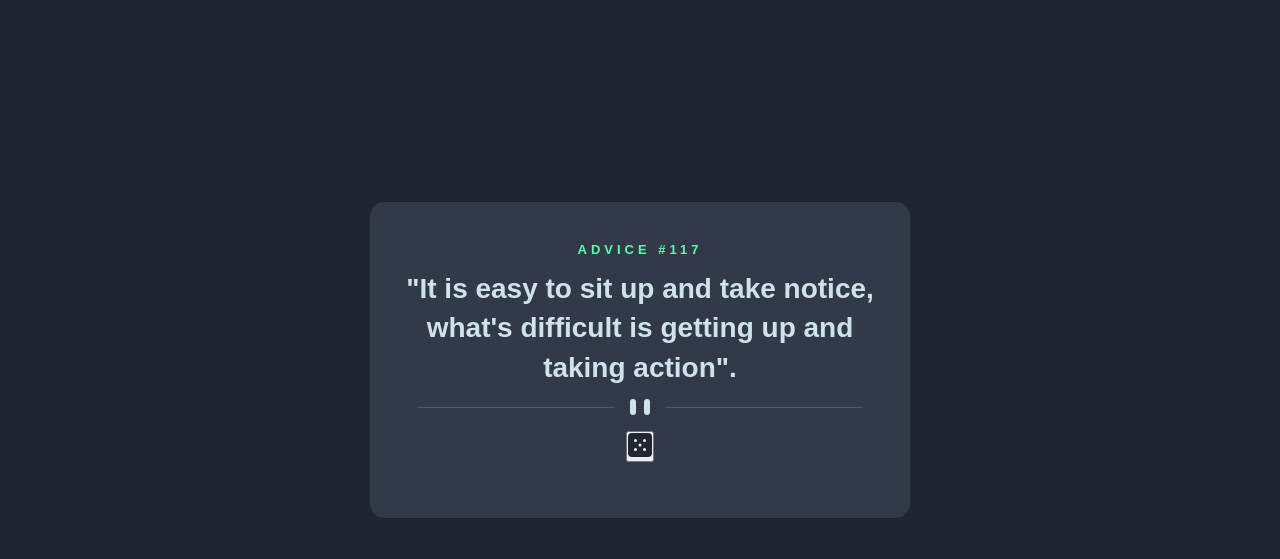
Repository: Daki-builds/advice-generator-app
Page: index.html
These files come from the project's save history. The page is drawn as it stood at one moment and after the next save; the edit follows.
The browser window is 1280 px wide. The pictures show the whole page.

Above is the page before, as saved 2026-10-08 19:09:55.

After the next save:
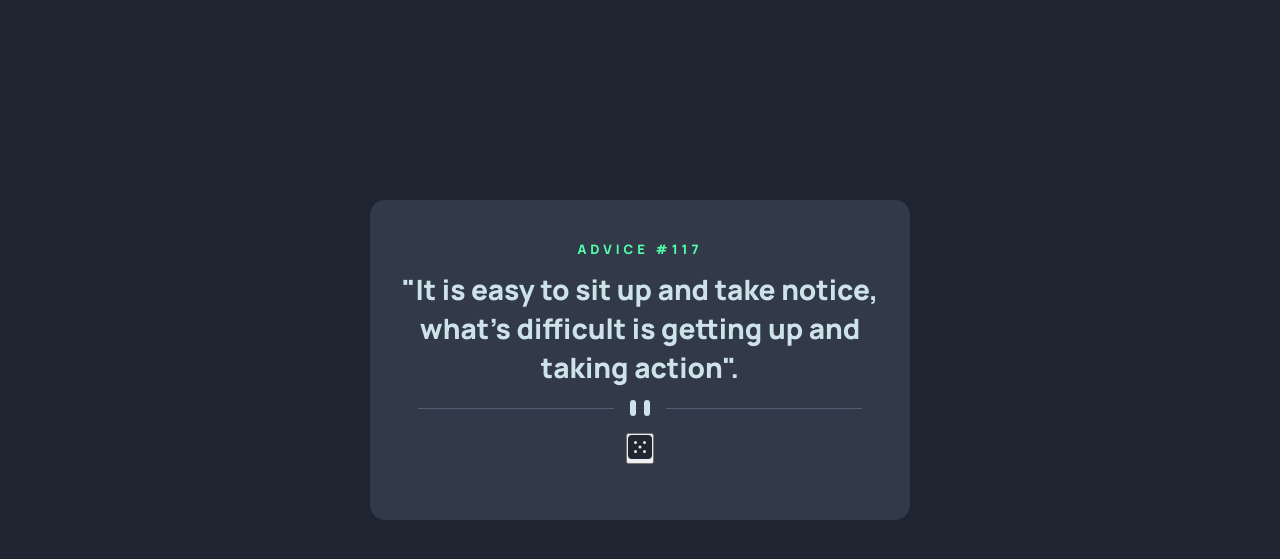
Saved 9 min 42 s later.
--- a/index.html
+++ b/index.html
@@ -5,6 +5,9 @@
   <meta charset="UTF-8">
   <meta name="viewport" content="width=device-width, initial-scale=1.0">
   <link rel="icon" type="image/png" sizes="32x32" href="./images/favicon-32x32.png">
+  <link rel="preconnect" href="https://fonts.googleapis.com">
+  <link rel="preconnect" href="https://fonts.gstatic.com" crossorigin>
+  <link href="https://fonts.googleapis.com/css2?family=Manrope:wght@800&display=swap" rel="stylesheet">
   <link rel="stylesheet" href="style.css">
   <title>Frontend Mentor | Advice generator app</title>
 
